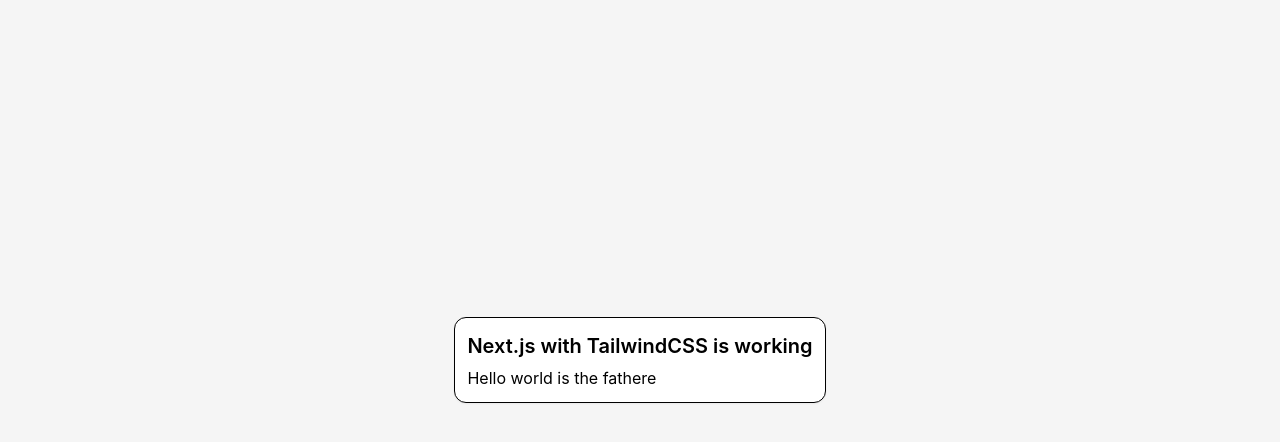
Repository: vignesh33654/resizablesidebar
Page: /
An editor plug-in stored every save of this project. The page is shown before and after the next save, followed by the edit.
The browser window is 1280 px wide. The pictures show the whole page.
The project was rebuilt for these pictures with package versions that can differ from the ones it lists, and the page was loaded fresh each time.

Above is the page before, as saved 2025-11-11 10:55:14.

### index.html
<!doctype html>
<html lang="en">
  <head>
    <meta charset="UTF-8" />
    <link rel="icon" type="image/svg+xml" href="/vite.svg" />
    <meta name="viewport" content="width=device-width, initial-scale=1.0" />
    <title>ai-app</title>
  </head>
  <body>
    <div id="root"></div>
    <script type="module" src="/src/main.tsx"></script>
  </body>
</html>

### src/index.css
@import "tailwindcss";

@theme {
  --color-primary: #37352f;
  --color-secondary: #ff0000;
  --color-tertiary: #ff00ff;
  --color-disabled: #d5d5d4;
  --color-white: #ffffff;
  --color-primary: #0d99ff;
  --color-success: #14ae5c;
  --color-failure: #f24822;
  --color-warning: #ffcd29;
  --color-Bg-0: #ffffff;
  --color-Bg-1: #f5f5f5;
  --color-Bg-2: #f1f0f1;

  /* Border Colors */
  --color-border-primary: #e6e6e6;

  /* Font Families */
  --font-family-display: "Inter", "system-ui", "sans-serif";
  --font-family-body: "Inter", "system-ui", "sans-serif";
  --font-family-mono: "ui-monospace", "Menlo", "monospace";

  /* Font Sizes */
  --font-size-h1: 30px;
  --font-size-h2: 24px;
  --font-size-h3: 20px;
  --font-size-body-16: 16px;
  --font-size-body-14: 14px;
  --font-size-body-13: 13px;
  --font-size-small-12: 12px;
  --font-size-small-11: 11px;
  --font-size-small-10: 10px;

  /* Line Heights */
  --line-height-h1: 40px;
  --line-height-h2: 32px;
  --line-height-h3: 32px;
  --line-height-body: 24px;
  --line-height-small: 16px;
  --line-height-tight: 1.25;
  --line-height-normal: 1.5;
  --line-height-loose: 2;

  /* Font Weights */
  --font-weight-light: 300;
  --font-weight-normal: 400;
  --font-weight-medium: 500;
  --font-weight-semibold: 600;
  --font-weight-bold: 700;

  /* Letter Spacing */
  --letter-spacing-tighter: -0.05em;
  --letter-spacing-tight: -0.025em;
  --letter-spacing-normal: 0em;
  --letter-spacing-wide: 0.025em;
  --letter-spacing-wider: 0.05em;

  /* Shadows */
  --shadow-sm: 0 1px 2px 0 rgb(0 0 0 / 0.05);
  --shadow-md: 0 4px 6px -1px rgb(0 0 0 / 0.1);
  --shadow-lg: 0 10px 15px -3px rgb(0 0 0 / 0.1);
  --shadow-xl: 0 20px 25px -5px rgb(0 0 0 / 0.1);

  /* Border Radius */
  --radius-sm: 4px;
  --radius-md: 8px;
  --radius-lg: 12px;
  --radius-xl: 16px;
  --radius-full: 9999px;

  /* Spacing (optional) */
  --spacing-1: 4px;
  --spacing-2: 8px;
  --spacing-3: 12px;
  --spacing-4: 16px;
  --spacing-6: 24px;
  --spacing-8: 32px;
}

/* default css styles */
:root {
  font-family: inter, system-ui;
  background-color: #ffffff;

  font-synthesis: none;
  text-rendering: optimizeLegibility;
  -webkit-font-smoothing: antialiased;
  -moz-osx-font-smoothing: grayscale;

   h1 {
    font-size: var(--font-size-h1);
    line-height: var(--line-height-h1);
    letter-spacing: -2.1%;
    font-weight: 600;
  }

  h2 {
    font-size: var(--font-size-h2);
    line-height: var(--line-height-h2);
    letter-spacing: -1.9%;
    font-weight: 600;
  }

  h3 {
    font-size: var(--font-size-h3);
    line-height: var(--line-height-h3);
    letter-spacing: -1.7%;
    font-weight: 600;
  }

  p {
    font-size: var(--font-size-body-16);
    line-height: var(--line-height-body);
    letter-spacing: -1.1%;
    font-weight: 400;
  }
}

### src/App.tsx


export default function App() {
  return (
    <div className="min-h-screen bg-Bg-1 flex items-center justify-center p-8">
      <div className="bg-Bg-0 border border-border-Primary rounded-lg p-3 flex gap-3 max-w-[620px] shadow-sm">
        {/* Content */}
        <div className="flex flex-col gap-1">
          <h3 className="">
            Next.js with TailwindCSS is working
          </h3>
          <div className="font-size-small-12 text-color-secondary">
            Hello world is the fathere
          </div>
      </div>
      </div>
    </div>
  )
}

Loaded but not shown: src/main.tsx (common file)

After the next save:
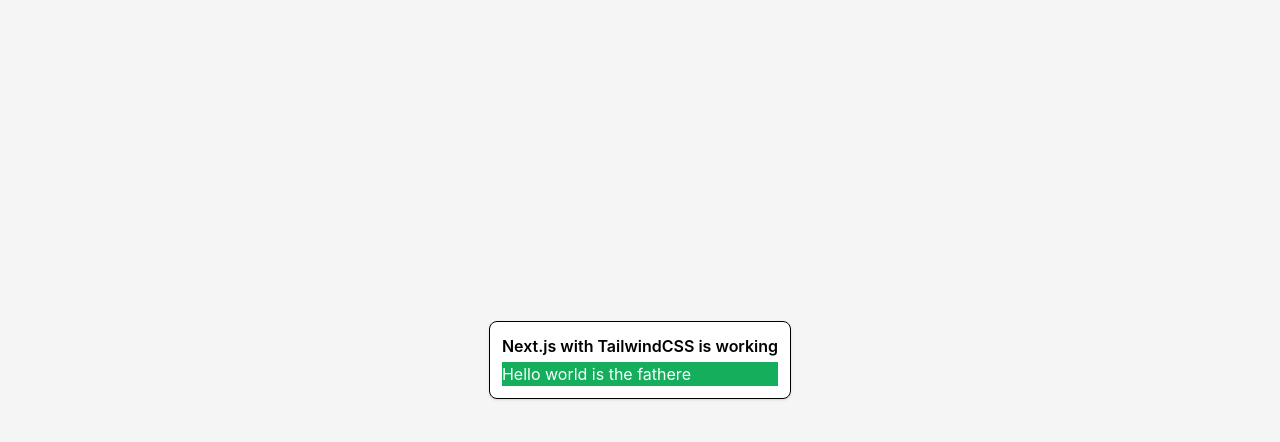
Saved 13 s later.
--- a/src/index.css
+++ b/src/index.css
@@ -13,70 +13,6 @@
   --color-Bg-0: #ffffff;
   --color-Bg-1: #f5f5f5;
   --color-Bg-2: #f1f0f1;
-
-  /* Border Colors */
-  --color-border-primary: #e6e6e6;
-
-  /* Font Families */
-  --font-family-display: "Inter", "system-ui", "sans-serif";
-  --font-family-body: "Inter", "system-ui", "sans-serif";
-  --font-family-mono: "ui-monospace", "Menlo", "monospace";
-
-  /* Font Sizes */
-  --font-size-h1: 30px;
-  --font-size-h2: 24px;
-  --font-size-h3: 20px;
-  --font-size-body-16: 16px;
-  --font-size-body-14: 14px;
-  --font-size-body-13: 13px;
-  --font-size-small-12: 12px;
-  --font-size-small-11: 11px;
-  --font-size-small-10: 10px;
-
-  /* Line Heights */
-  --line-height-h1: 40px;
-  --line-height-h2: 32px;
-  --line-height-h3: 32px;
-  --line-height-body: 24px;
-  --line-height-small: 16px;
-  --line-height-tight: 1.25;
-  --line-height-normal: 1.5;
-  --line-height-loose: 2;
-
-  /* Font Weights */
-  --font-weight-light: 300;
-  --font-weight-normal: 400;
-  --font-weight-medium: 500;
-  --font-weight-semibold: 600;
-  --font-weight-bold: 700;
-
-  /* Letter Spacing */
-  --letter-spacing-tighter: -0.05em;
-  --letter-spacing-tight: -0.025em;
-  --letter-spacing-normal: 0em;
-  --letter-spacing-wide: 0.025em;
-  --letter-spacing-wider: 0.05em;
-
-  /* Shadows */
-  --shadow-sm: 0 1px 2px 0 rgb(0 0 0 / 0.05);
-  --shadow-md: 0 4px 6px -1px rgb(0 0 0 / 0.1);
-  --shadow-lg: 0 10px 15px -3px rgb(0 0 0 / 0.1);
-  --shadow-xl: 0 20px 25px -5px rgb(0 0 0 / 0.1);
-
-  /* Border Radius */
-  --radius-sm: 4px;
-  --radius-md: 8px;
-  --radius-lg: 12px;
-  --radius-xl: 16px;
-  --radius-full: 9999px;
-
-  /* Spacing (optional) */
-  --spacing-1: 4px;
-  --spacing-2: 8px;
-  --spacing-3: 12px;
-  --spacing-4: 16px;
-  --spacing-6: 24px;
-  --spacing-8: 32px;
 }
 
 /* default css styles */
--- a/src/App.tsx
+++ b/src/App.tsx
@@ -9,7 +9,7 @@
           <h3 className="">
             Next.js with TailwindCSS is working
           </h3>
-          <div className="font-size-small-12 text-color-secondary">
+          <div className="bg-success text-white">
             Hello world is the fathere
           </div>
       </div>
